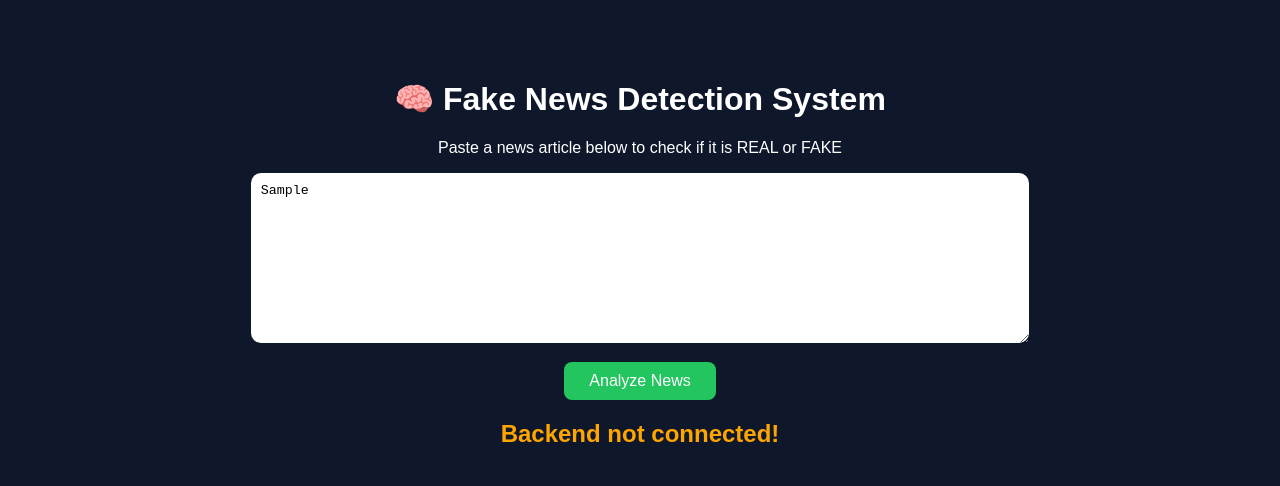
Repository: abrahamnayipoan/fake-news-detector
Page: frontend/index.html
The author's editor kept a copy of each file at every save. The page is drawn from the files as they stood at one save, then again after the next save.
The browser window is 1280 px wide. The pictures show the whole page.
Empty fields were first filled with sample values (such as "Sample", 5 or name@example.com).
After loading, the first visible `button` was clicked once.
The page's requests for data from a server got no answer.

Above is the page before, as saved 2026-05-22 14:23:18.

After the next save:
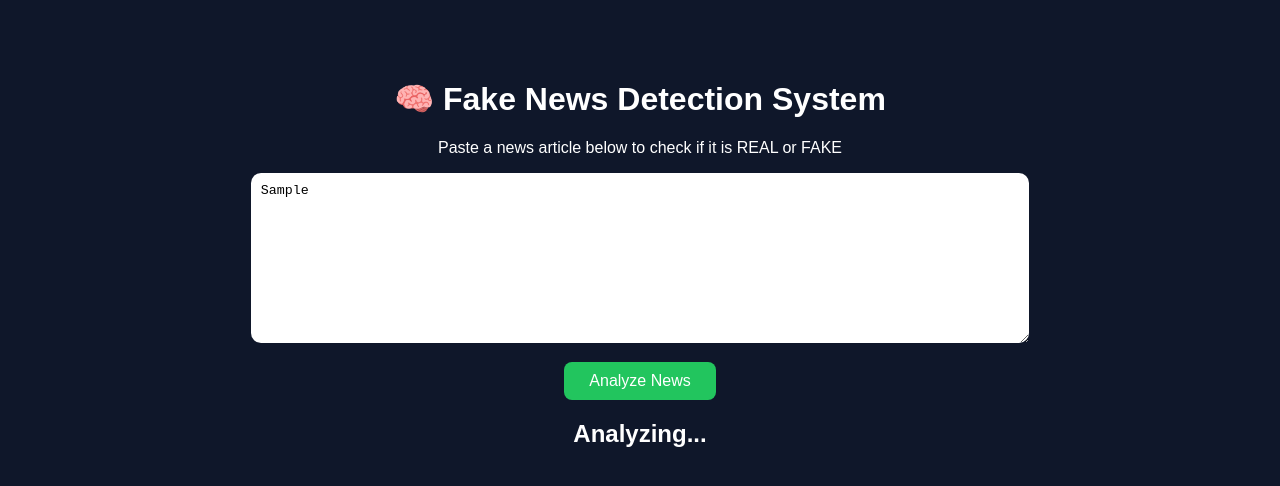
Saved 3 min 47 s later.
--- a/frontend/script.js
+++ b/frontend/script.js
@@ -2,37 +2,27 @@ async function predictNews() {
     const text = document.getElementById("newsInput").value;
     const result = document.getElementById("result");
 
-    if (text.trim() === "") {
-        result.innerText = "Please enter news text!";
+    result.innerHTML = "Analyzing...";
+
+    const response = await fetch("http://127.0.0.1:5000/predict", {
+        method: "POST",
+        headers: {
+            "Content-Type": "application/json"
+        },
+        body: JSON.stringify({ text: text })
+    });
+
+    const data = await response.json();
+
+    result.innerHTML =
+        data.prediction +
+        "<br><small>Confidence: " +
+        data.confidence +
+        "</small>";
+
+    if (data.prediction.includes("FAKE")) {
         result.style.color = "red";
-        return;
-    }
-
-    result.innerText = "Checking...";
-    result.style.color = "blue";
-
-    try {
-        const response = await fetch("http://127.0.0.1:5000/predict", {
-            method: "POST",
-            headers: {
-                "Content-Type": "application/json"
-            },
-            body: JSON.stringify({ text: text })
-        });
-
-        const data = await response.json();
-
-        result.innerText = data.prediction;
-
-        if (data.prediction.includes("FAKE")) {
-            result.style.color = "red";
-        } else {
-            result.style.color = "green";
-        }
-
-    } catch (error) {
-        console.log(error);
-        result.innerText = "Backend not connected!";
-        result.style.color = "orange";
+    } else {
+        result.style.color = "green";
     }
 }
